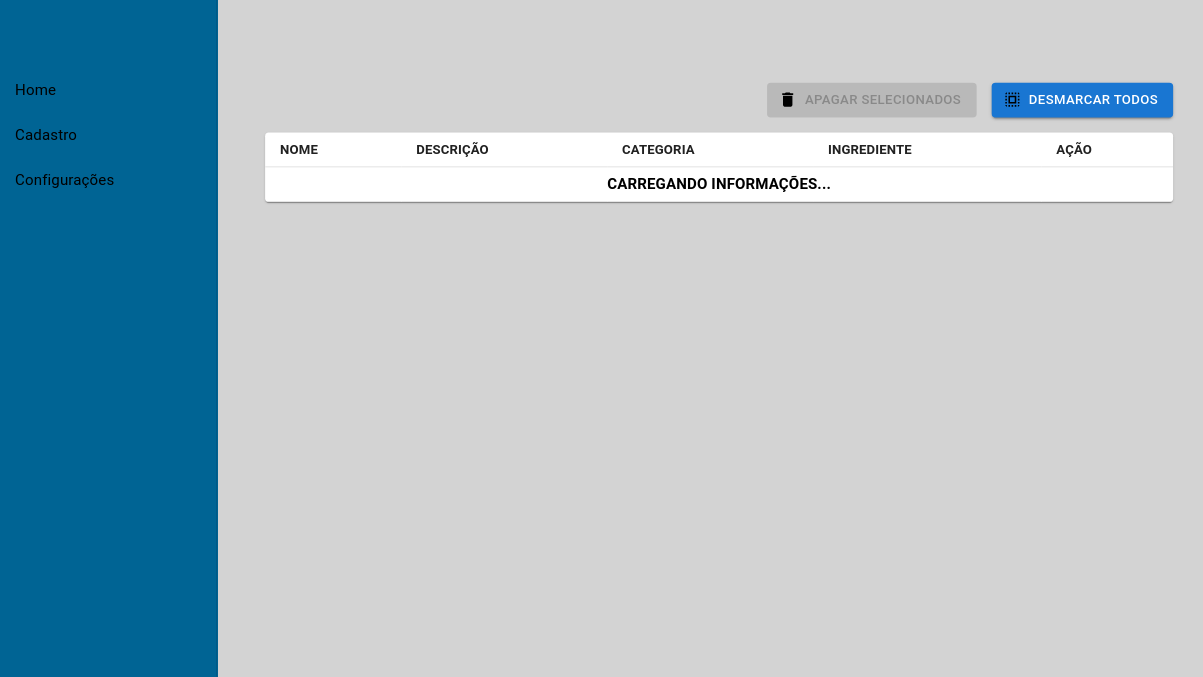
Repository: oZanella/projeto_windel_web_CRM
Page: /
An editor plug-in stored every save of this project. The page is shown before and after the next save, followed by the edit.
The browser window is 1280 px wide. The pictures show the whole page, at 94% of full size.
The page's requests for data from a server got no answer. The project was rebuilt for these pictures with package versions that can differ from the ones it lists, and the page was loaded fresh each time. No one was signed in, and anything a server would have sent is missing. Also part of the build but not shown: vite.config.js, src/routes/Configuracoes.jsx. Imported but missing from the stored project, and not drawn on this page: src/routes/Cadastro.jsx.

Above is the page before, as saved 2024-08-19 08:50:52.

### index.html
<!doctype html>
<html lang="en">

<head>
  <meta charset="UTF-8" />
  <link rel="icon" type="image/svg+xml" href="./src/image/LogoWindel.svg" />
  <link rel="stylesheet" href="src/style/GlobalStyles.css" />
  <link href="https://fonts.googleapis.com/css2?family=Playfair+Display&display=swap" rel="stylesheet">

  <meta name="viewport" content="width=device-width, initial-scale=1.0" />
  <title>Projeto Teste - CRM </title>
</head>

<body>
  <div id="root"></div>
  <script type="module" src="/src/main.jsx"></script>
</body>

</html>

### src/style/GlobalStyles.css
:root {
  --click: #7fa8c4;
  --primary: #E8F1F2;
  --darkblue: #13293D;
  --secondary: #000000;
  --ligthblue: #1b98e0;
  --animation: #006494;
  --ligthkgrey: #D3D3D3;
  --blueceledron: #247ba0;
  --delete: #FF0000;
}

* {
    color: var(--secondary);
}

body {
  background-color: var(--ligthkgrey);
}

### src/main.jsx
import { createBrowserRouter, RouterProvider, Navigate } from "react-router-dom"
import { createRoot } from 'react-dom/client'
import { StrictMode } from 'react'
import { App } from './App.jsx'

import './style/GlobalStyles.css'

//páginas do projeto
import { Cadastro } from './routes/Cadastro.jsx'
import { Home } from './routes/Home.jsx'
import { Configuracoes } from './routes/configuracoes.jsx'

const router = createBrowserRouter([
  {
    element: <App />,
    children: [
      {
        path: '/',
        element: <Navigate to="/home" replace />,
      },
      {
        path: '/home',
        element: <Home />,
      },
      {
        path: '/cadastro',
        element: <Cadastro />,
      },
      {
        path: '/configuracoes',
        element: <Configuracoes />,
      },
    ],
  },
])

createRoot(document.getElementById('root')).render(
  <StrictMode>
    <RouterProvider router={router} />
  </StrictMode>,
)

### src/App.jsx
import { Header } from './components/Header'
import { Outlet } from 'react-router-dom'
import { Box } from '@mui/material'
import './style/GlobalStyles.css'

export function App() {
  return (
    <Box sx={{ p: { xs: 2, sm: 3 }, marginTop: { xs: 8, sm: 8 } }}>
      <Header />
      <Box>
        <Outlet />
      </Box>
    </Box>
  );
}

### src/routes/Home.jsx
import React, { useEffect, useState } from 'react';
import { Box, TextField, Button, Dialog, DialogActions, DialogContent, DialogTitle, Select, MenuItem, FormControl, InputLabel } from '@mui/material';

import { handleShowDetails, handleEdit, handleSave, handleInputChange } from '../components/Handle';
import { CardDados } from '../components/TableHome';

import { blogFetch } from '../axios/config';


export const Home = () => {
  const [posts, setPosts] = useState([]);
  const [selectInfo, setSelectInfo] = useState(null);
  const [modeEdit, setModeEdit] = useState(null);
  const [dataEdit, setDataEdit] = useState({});
  const [openAddDialog, setOpenAddDialog] = useState(false);
  const [newPost, setNewPost] = useState({ name: '', description: '', category: '' });

  const getPosts = async () => {
    try {
      const response = await blogFetch.get("/recipe");
      const uniqueData = response.data.filter((value, index, self) =>
        index === self.findIndex((t) => t.id === value.id)
      );
      setPosts(uniqueData); // Garante que não tenha dados duplicados
    } catch (error) {
      console.log(error);
    }
  };

  useEffect(() => {
    getPosts();
  }, []);

  const handleDelete = async (postId) => {
    try {
      await blogFetch.delete(`/recipe/${postId}`);
      setPosts(posts.filter(post => post.id !== postId));
      console.log('Post deletado com sucesso');
    } catch (error) {
      console.error('Erro ao deletar o post', error);
    }
  };

  const handleAddOpen = () => setOpenAddDialog(true);
  const handleAddClose = () => setOpenAddDialog(false);

  {/* API para envio do novo registro*/ }
  const handleAdd = async () => {
    try {
      const newPostFormatted = {
        name: newPost.name,
        description: newPost.description,
        ingredients: [],
        category: newPost.category,
        isFavorite: newPost.isFavorite
      };

      const response = await blogFetch.post("/recipe", newPostFormatted);
      setPosts([...posts, response.data]);
      setNewPost({ name: '', description: '', category: '', isFavorite: false });
      handleAddClose();
      console.log('Post adicionado com sucesso');
    } catch (error) {
      console.error('Erro ao adicionar o post', error);
    }
  };

  return (
    <Box>
      {/* Dados para Adicionar Novo Registro */}
      <Dialog open={openAddDialog} onClose={handleAddClose}>
        <DialogTitle>Adicionar Novo Registro</DialogTitle>
        <DialogContent>
          <TextField
            name="name"
            label="Nome"
            value={newPost.name}
            onChange={(e) => setNewPost({ ...newPost, name: e.target.value })}
            fullWidth
            sx={{ marginBottom: 2 }}
          />
          <TextField
            name="description"
            label="Descrição"
            value={newPost.description}
            onChange={(e) => setNewPost({ ...newPost, description: e.target.value })}
            fullWidth
            sx={{ marginBottom: 2 }}
          />
          <TextField
            name="category"
            label="Categoria"
            value={newPost.category}
            onChange={(e) => setNewPost({ ...newPost, category: e.target.value })}
            fullWidth
            sx={{ marginBottom: 2 }}
          />
          <FormControl fullWidth sx={{ marginBottom: 2 }}>
            <InputLabel>Favorito</InputLabel>
            <Select
              name="isFavorite"
              value={newPost.isFavorite}
              onChange={(e) => setNewPost({ ...newPost, isFavorite: e.target.value })}
              label="Favorito"
            >
              <MenuItem value={true}>Sim</MenuItem>
              <MenuItem value={false}>Não</MenuItem>

            </Select>
          </FormControl>
        </DialogContent>
        <DialogActions>
          <Button onClick={handleAddClose}>Cancelar</Button>
          <Button onClick={handleAdd}>Adicionar</Button>
        </DialogActions>
      </Dialog>

      <CardDados
        posts={posts}
        handleDelete={handleDelete}
        handleEdit={handleEdit}
        handleSave={handleSave}
        modeEdit={modeEdit}
        setModeEdit={setModeEdit}
        dataEdit={dataEdit}
        setDataEdit={setDataEdit}
        handleInputChange={handleInputChange}
        selectInfo={selectInfo}
        setSelectInfo={setSelectInfo}
        handleShowDetails={handleShowDetails}
      />
    </Box>
  );
};

### src/components/Header.jsx
import { AppBar, Toolbar, Typography, Box, Button, IconButton, Drawer, List, ListItem, ListItemText } from '@mui/material';
import MenuIcon from '@mui/icons-material/Menu';
import Logo from '../image/LogoWindel.svg';
import { Link } from 'react-router-dom';
import React, { useState } from 'react';

export const Header = () => {
  const [isDrawerOpen, setIsDrawerOpen] = useState(false);

  const toggleDrawer = (open) => () => {
    setIsDrawerOpen(open);
  };

  const menuItems = [
    { text: 'Home', link: '/home' },
    { text: 'Cadastro', link: '/cadastro' },
    { text: 'Configurações', link: '/configuracoes' },
  ];

  return (
    <>

      <AppBar
        position="fixed"
        sx={{
          display: { xs: 'flex', sm: 'none' },
          width: '100%',
          boxShadow: '0px 0.01px 11px var(--secondary)',
          top: 0,
          left: 0,
          backgroundColor: 'var(--darkblue)',
        }}
      >
        <Toolbar
          sx={{
            display: 'flex',
            justifyContent: 'space-between',
          }}
        >
          <IconButton
            edge="start"
            color="inherit"
            aria-label="menu"
            onClick={toggleDrawer(true)}
          >
            <MenuIcon />

          </IconButton>
          <Typography variant="h6" sx={{ flexGrow: 1 }}>
            Cooking Cake
          </Typography>

          <IconButton
            to={`/home`}
            sx={{
              cursor: 'default',
            }}
            component={Link}
            aria-label="logo"
          >
            <img src={Logo} alt="Logo" style={{ width: '50px', height: '40px' }} />
          </IconButton>
        </Toolbar>
      </AppBar>


      <Drawer
        anchor="left"
        open={isDrawerOpen}
        onClose={toggleDrawer(false)}
        sx={{
          display: { xs: 'block', sm: 'none' },
          '& .MuiDrawer-paper': {
            width: 240,
            backgroundColor: 'var(--darkblue)',
          },
        }}
      >
        <List>
          {menuItems.map((item) => (
            <ListItem key={item.text} component={Link} to={item.link} onClick={toggleDrawer(false)}>
              <ListItemText primary={item.text} />
            </ListItem>
          ))}
        </List>
      </Drawer>


      <Drawer
        variant="permanent"
        sx={{
          display: { xs: 'none', sm: 'block' },
          '& .MuiDrawer-paper': {
            width: 230,
            backgroundColor: 'var(--animation)',
          },
        }}
        open
      >
        <Toolbar />
        <Box sx={{ overflow: 'auto' }}>
          <List>
            {menuItems.map((item) => (
              <ListItem key={item.text} component={Link} to={item.link}>
                <ListItemText primary={item.text} />
              </ListItem>
            ))}
          </List>
        </Box>
      </Drawer>

      {/* Area do main */}
      <Box
        component="main"
        sx={{        }}
      >

      </Box>
    </>
  );
};

### src/components/Handle.jsx

import { blogFetch } from '../axios/config';


export const handleShowDetails = (post, setSelectInfo, selectInfo) => {
  if (selectInfo?.id === post.id) {
    setSelectInfo(null); // Fecha se já estiver aberto
  } else {
    setSelectInfo(post); // Abre o post atual
  }
};

export const handleEdit = (post, setModeEdit, setDataEdit) => {
  setModeEdit(post.id);
  setDataEdit(post);
};

//continua com erro, verificar!!
export const handleSave = async (postId, updateData) => {
  try {
    // Envie uma requisição PUT ou POST para salvar os dados atualizados
    const response = await blogFetch.put(`/blogFetch/posts/${postId}`, updateData);
    console.log('Dados salvos com sucesso', response.data);

  } catch (error) {
    console.error('Erro de API', error);
  }
};

export const handleInputChange = (e, setDataEdit) => {
  setDataEdit(prevDataEdit => ({ ...prevDataEdit, [e.target.name]: e.target.value }));
};

### src/axios/config.jsx
// src/axios/config.js
import axios from 'axios';

export const blogFetch = axios.create({
  baseURL: 'https://teste-tecnico-front-api.up.railway.app',
  headers: {
    'Content-Type': 'application/json',
  },
});

Loaded but not shown: src/components/TableHome.jsx (294 lines, source omitted)

After the next save:
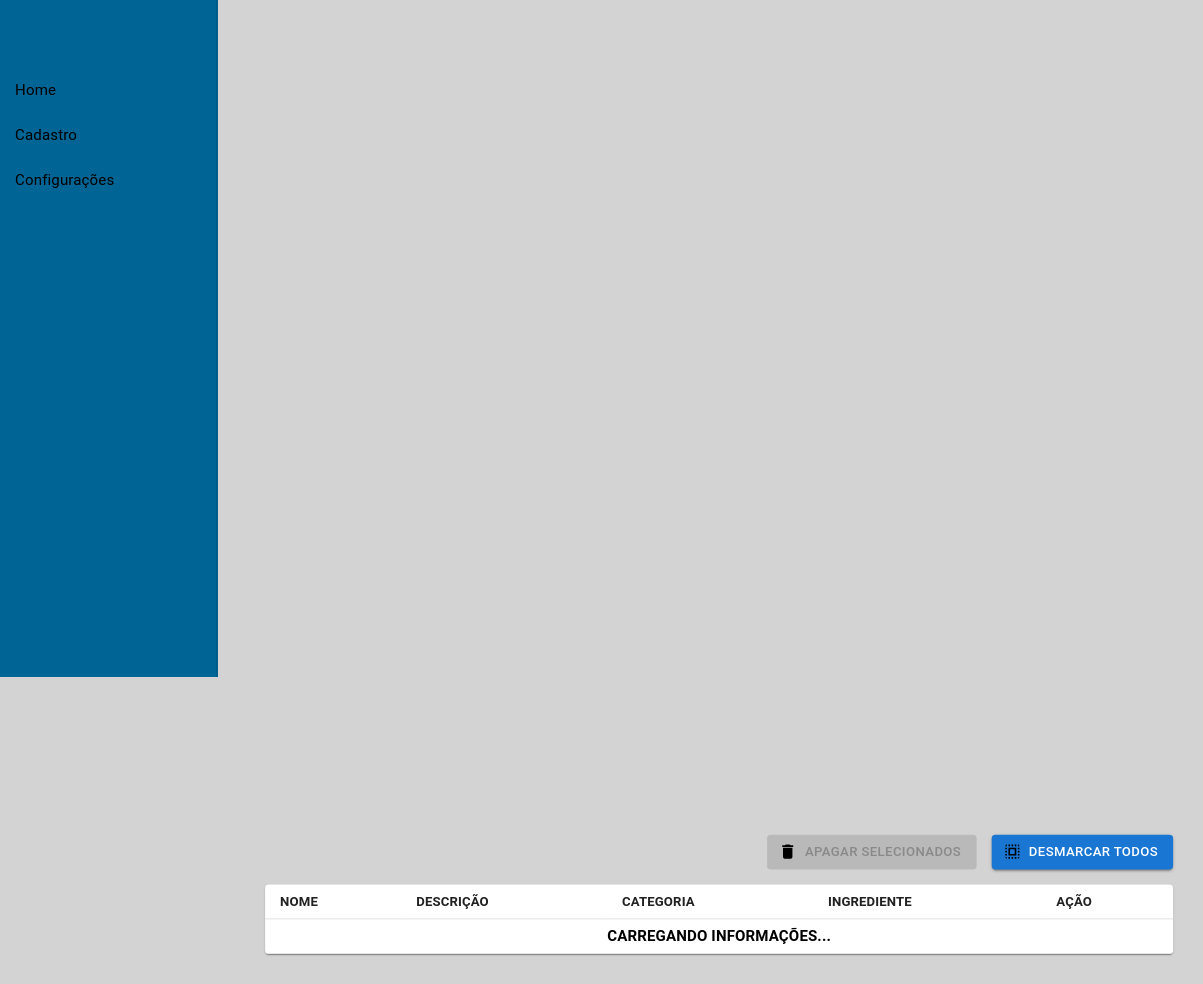
Saved 58 s later.
--- a/src/components/Header.jsx
+++ b/src/components/Header.jsx
@@ -112,7 +112,7 @@
       {/* Area do main */}
       <Box
         component="main"
-        sx={{        }}
+        sx={{    padding: 50,    }}
       >
 
       </Box>

After the save that followed:
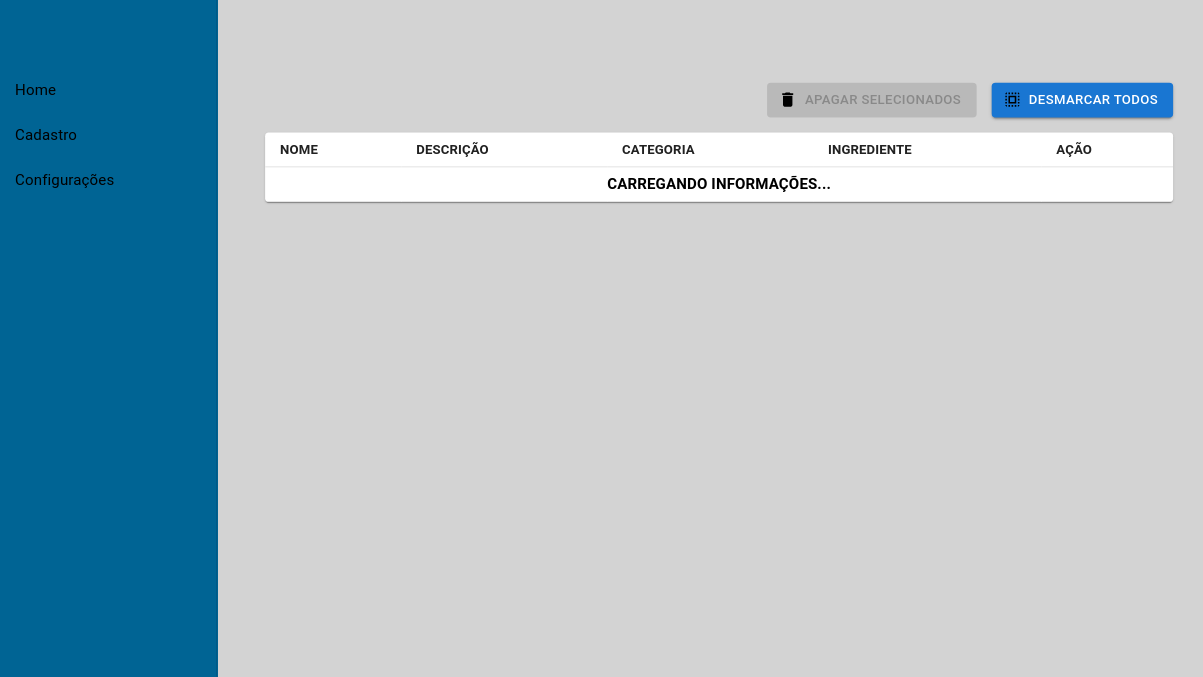
Saved 6 s later.
--- a/src/components/Header.jsx
+++ b/src/components/Header.jsx
@@ -109,13 +109,6 @@
         </Box>
       </Drawer>
 
-      {/* Area do main */}
-      <Box
-        component="main"
-        sx={{    padding: 50,    }}
-      >
-
-      </Box>
     </>
   );
 };
